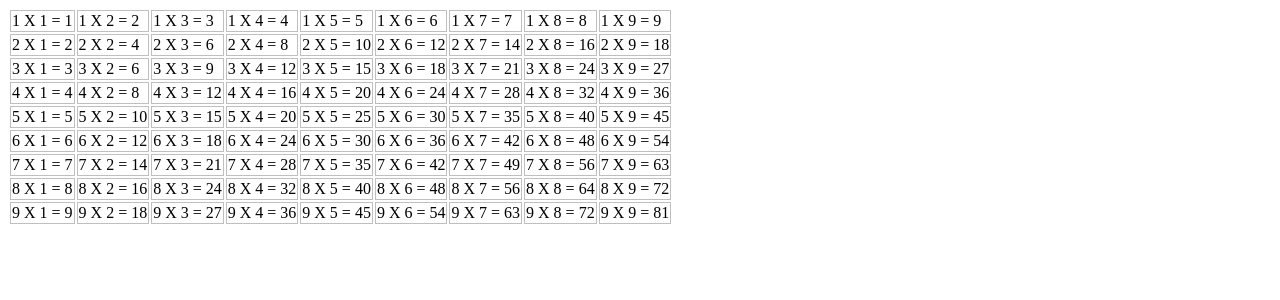
Repository: dhwngjs01/3-1_Spring_Server_Programming
Page: http://localhost/20230314_1to10/gugudan
An editor plug-in stored every save of this project. The page is shown before and after the next save, followed by the edit.
The browser window is 1280 px wide. The pictures show the whole page.
The page is served by Tomcat 9.

Above is the page before, as saved 2023-03-14 05:43:10.

After the next save:
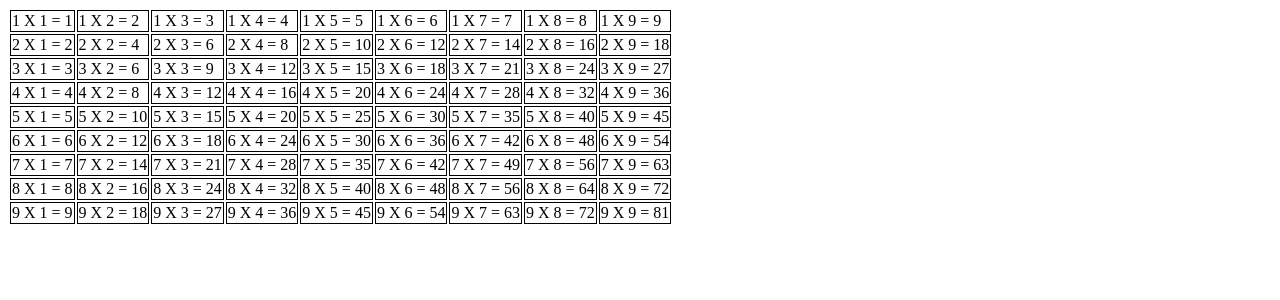
Saved 4 s later.
--- a/20230314_1to10/src/main/webapp/WEB-INF/views/gugudan.jsp
+++ b/20230314_1to10/src/main/webapp/WEB-INF/views/gugudan.jsp
@@ -10,7 +10,7 @@
 			<% for(int i = 1; i <= 9; i++){ %>
 			<tr>
 				<% for(int j = 1; j <= 9; j++){ %>
-				<td style="border:1px solid #bfbfbf"><%= i %> X <%= j %> = <%= i*j %></td>
+				<td style="border:1px solid black"><%= i %> X <%= j %> = <%= i*j %></td>
 				<% } %>
 			</tr>
 			<% } %>
